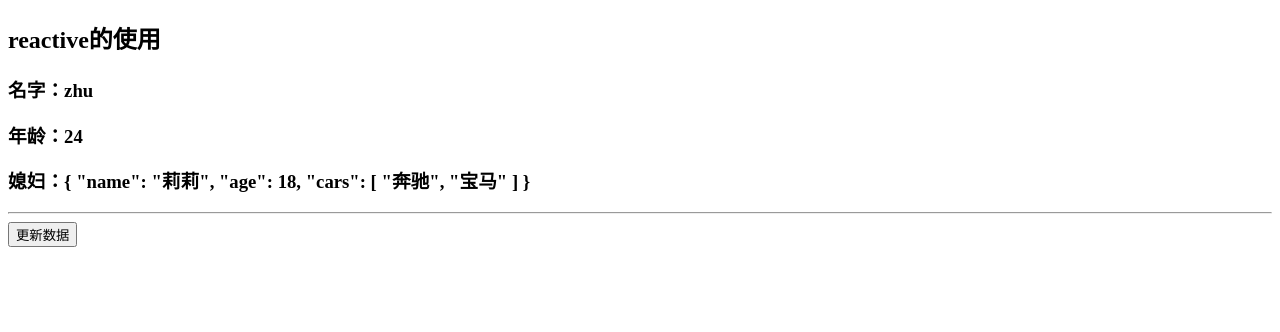
Repository: zhuhongxiang/Vue3.0-TSLeaning
Page: / (app in 04_Vue3/vue3_learning/)
An editor plug-in stored every save of this project. The page is shown before and after the next save, followed by the edit.
The browser window is 1280 px wide. The pictures show the whole page.
The project was rebuilt for these pictures with package versions that can differ from the ones it lists, and the page was loaded fresh each time.

Above is the page before, as saved 2021-07-25 20:15:29.

After the next save:
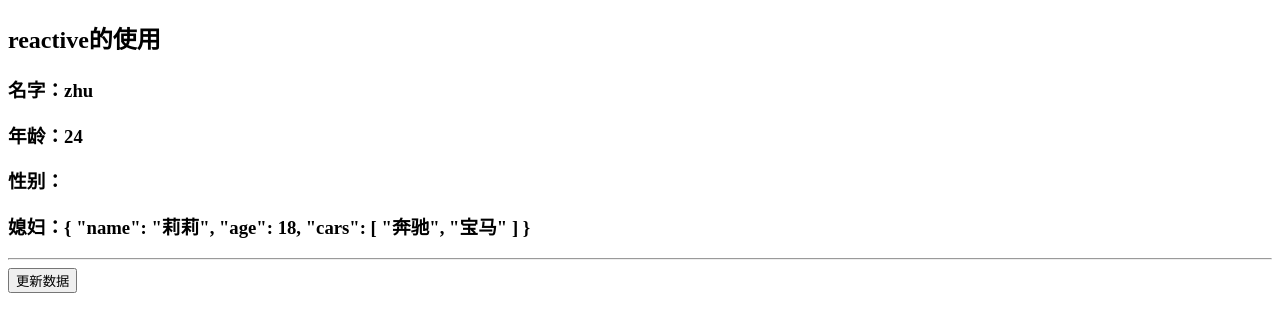
Saved 42 s later.
--- a/04_Vue3/vue3_learning/src/App.vue
+++ b/04_Vue3/vue3_learning/src/App.vue
@@ -2,6 +2,7 @@
   <h2>reactive的使用</h2>
   <h3>名字：{{ user.name }}</h3>
   <h3>年龄：{{ user.age }}</h3>
+  <h3>性别：{{ user.gender }}</h3>
   <h3>媳妇：{{ user.wife }}</h3>
   <hr />
   <button @click="updateUser">更新数据</button>
